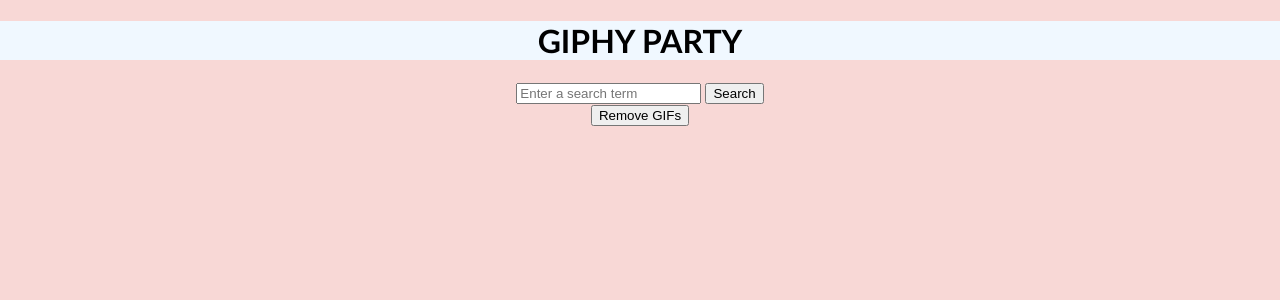
Repository: rmdayberry/AJAX-Giphy-Party
Page: index.html
An editor plug-in stored every save of this project. The page is shown before and after the next save, followed by the edit.
The browser window is 1280 px wide. The pictures show the whole page.
Some web libraries are served in a nearby version.

Above is the page before, as saved 2024-08-06 13:01:19.

### index.html
<!DOCTYPE html>
<html lang="en">
  <head>
    <meta charset="UTF-8" />
    <title>Giphy Party!</title>
    <link rel="stylesheet" href="style.css" />
  </head>

  <body>
    <h1>GIPHY PARTY</h1>
    <form id="gifForm">
      <input type="text" id="searchTerm" placeholder="Enter a search term" />
      <button type="submit">Search</button>
    </form>
    <div id="gifContainer"></div>

    <button id="removeAllBtn">Remove GIFs</button>
    <script src="https://code.jquery.com/jquery-3.2.1.js"></script>
    <script src="https://unpkg.com/axios/dist/axios.js"></script>
    <script src="app.js"></script>
  </body>
</html>

### style.css
body {
  font-family: "Trebuchet MS", "Lucida Sans Unicode", "Lucida Grande",
    "Lucida Sans", Arial, sans-serif;
  background-color: rgb(248, 216, 214);
  text-align: center;
  margin: 0;
  padding: 0;
}

h1 {
  background-color: aliceblue;
}

### app.js
console.log("Let's get this party started!");
//handle form submissions and AJAX requests
document
  .getElementById("gifForm")
  .addEventListener("submit", async function (e) {
    e.preventDefault();

    const searchTerm = document.getElementById("searchTerm").value;
    const apiKey = "MhAodEJIJxQMxW9XqxKjyXfNYdLoOIym";
    const url = `http://api.giphy.com/v1/gifs/search?q=${searchTerm}&api_key=${apiKey}`;

    try {
      const response = await axios.get(url);
      console.log(response.data);
      //append gifs to page
      const gifUrl = response.data.data[0].images.fixed_height.url; //get first gif url
      const img = document.createElement("img");
      img.src = gifUrl;
      document.getElementById("gifContainer").appendChild(img);
    } catch (error) {
      console.log("Error finding GIF:", error);
    }
  });

//add eventListener to remove GIFs button
document.getElementById("removeAllBtn").addEventListener("click", function () {
  const gifContainer = document.getElementById("gifContainer");
  while (gifContainer.firstChild) {
    gifContainer.removeChild(gifContainer.firstChild);
  }
});

After the next save:
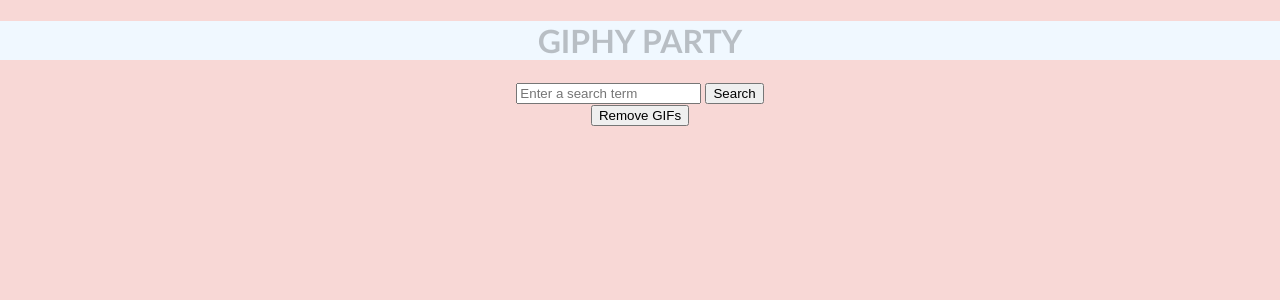
Saved 39 s later.
--- a/style.css
+++ b/style.css
@@ -9,4 +9,5 @@
 
 h1 {
   background-color: aliceblue;
+  color: rgba(0, 0, 0, 0.233);
 }
